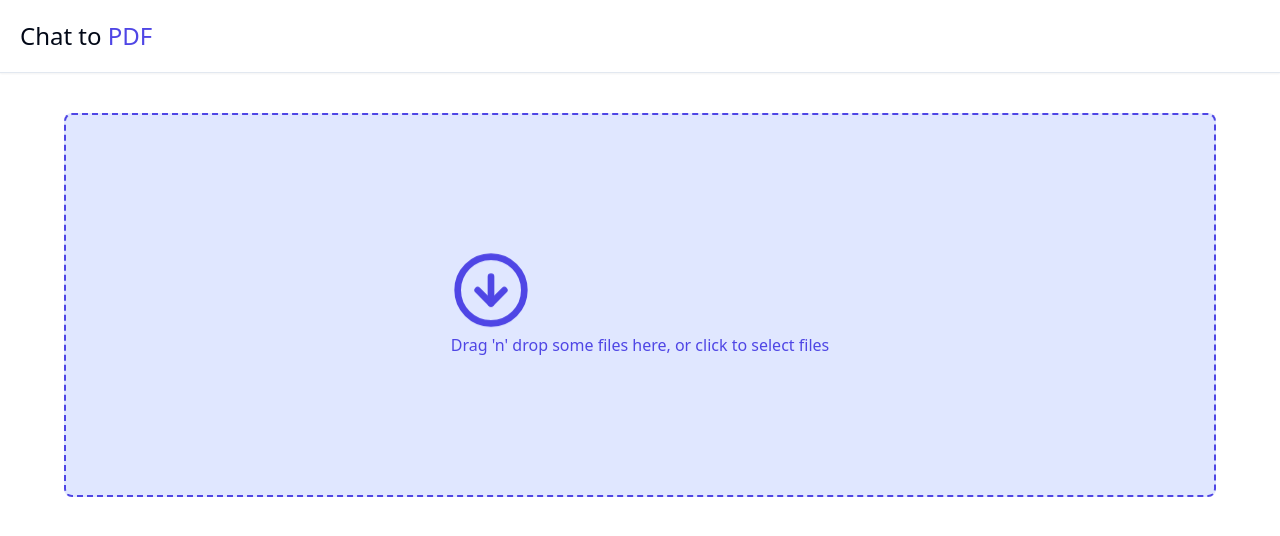
Repository: JonoSuave/chat-with-pdf
Page: /dashboard/upload
These files come from the project's save history. The page is drawn as it stood at one moment and after a run of saves; the edit follows.
The browser window is 1280 px wide. The pictures show the whole page.
The page's requests for data from a server got no answer. The project was rebuilt for these pictures with package versions that can differ from the ones it lists, and the page was loaded fresh each time. Some packages were replaced by stand-ins written for this rebuild. The framework's server and built-in components were replaced by stand-ins that run in the browser. No one was signed in, and anything a server would have sent is missing. Also part of the build but not shown: next.config.mjs, src/lib/utils.ts, src/components/ui/button.tsx.

Above is the page before, as saved 2024-07-24 10:04:22.

After the next 2 saves:
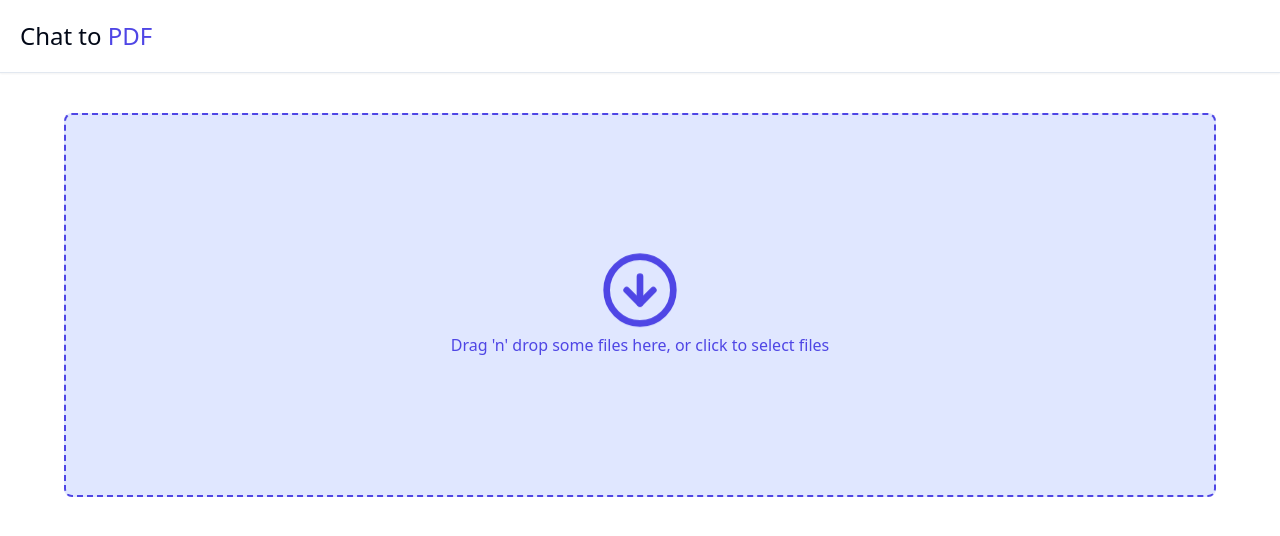
The 2 saves are shown as one change because they came seconds apart.
The last was saved 7 s later.
--- a/src/components/FileUploader.tsx
+++ b/src/components/FileUploader.tsx
@@ -26,7 +26,7 @@
 					isFocused || isDragAccept ? "bg-indigo-300" : "bg-indigo-100"
 				}`}>
 				<input {...getInputProps()} />
-				<div className="flex flex-col justify-center ">
+				<div className="flex flex-col justify-center items-center">
 					{isDragActive ? (
 						<>
 							<RocketIcon className="h-20 w-20 animate-ping" />

After the save that followed:
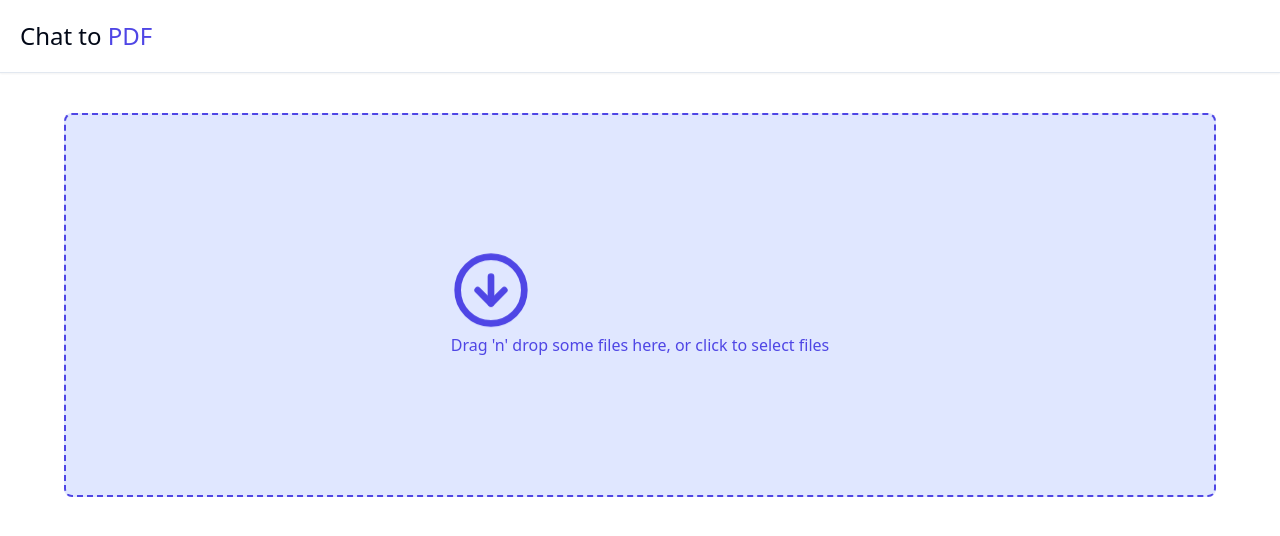
Saved 10 s later.
--- a/src/components/FileUploader.tsx
+++ b/src/components/FileUploader.tsx
@@ -26,7 +26,7 @@
 					isFocused || isDragAccept ? "bg-indigo-300" : "bg-indigo-100"
 				}`}>
 				<input {...getInputProps()} />
-				<div className="flex flex-col justify-center items-center">
+				<div className="flex flex-col justify-center">
 					{isDragActive ? (
 						<>
 							<RocketIcon className="h-20 w-20 animate-ping" />
